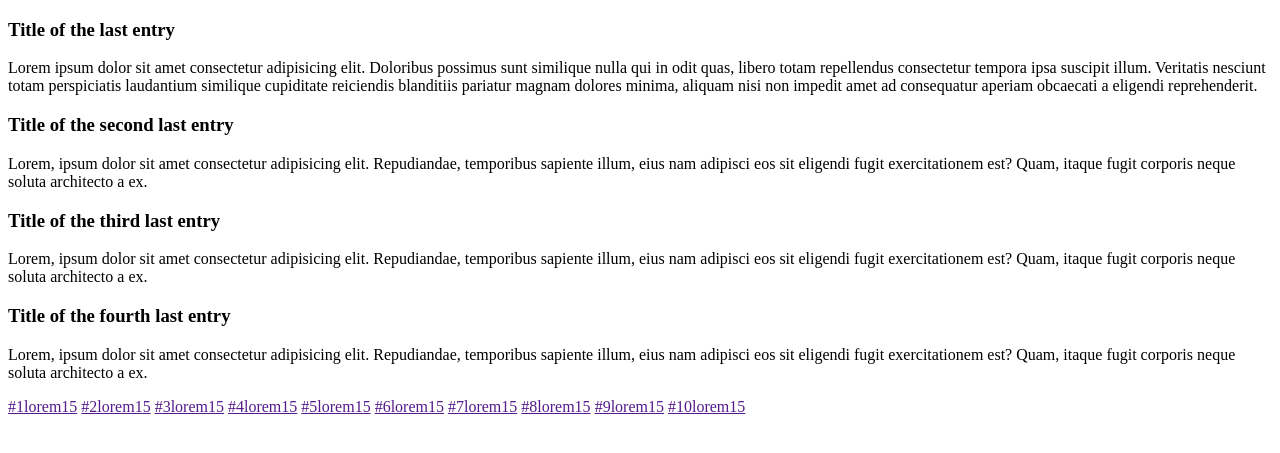
Repository: KikiMcArron/Don_Kiki_McArron
Page: index.html
The author's editor kept a copy of each file at every save. The page is drawn from the files as they stood at one save, then again after the next save.
The browser window is 1280 px wide. The pictures show the whole page.

Above is the page before, as saved 2022-04-10 19:13:50.

### index.html
<!DOCTYPE html>
<html lang="pl">

<head>
    <meta charset="UTF-8">
    <meta http-equiv="X-UA-Compatible" content="IE=edge">
    <meta name="viewport" content="width=device-width, initial-scale=1.0">
    <title>Document</title>
</head>

<body>
    <header>
        <nav></nav>
    </header>
    <main>
        <section class="last_entrie">
            <article>
                <h3>Title of the last entry</h3>
                <p>Lorem ipsum dolor sit amet consectetur adipisicing elit. Doloribus possimus sunt similique nulla qui in odit quas, libero totam repellendus consectetur tempora ipsa suscipit illum. Veritatis nesciunt totam
                    perspiciatis laudantium similique cupiditate reiciendis blanditiis pariatur magnam dolores minima,
                    aliquam nisi non impedit amet ad consequatur aperiam obcaecati a eligendi reprehenderit.</p>

            </article>
        </section>
        <section class="prev_entries">
            <article>
                <h3>Title of the second last entry</h3>
                <p>Lorem, ipsum dolor sit amet consectetur adipisicing elit. Repudiandae, temporibus sapiente illum,
                    eius nam adipisci eos sit eligendi fugit exercitationem est? Quam, itaque fugit corporis neque
                    soluta architecto a ex.</p>
                </article>
                <article>
                    <h3>Title of the third last entry</h3>
                    <p>Lorem, ipsum dolor sit amet consectetur adipisicing elit. Repudiandae, temporibus sapiente illum,
                        eius nam adipisci eos sit eligendi fugit exercitationem est? Quam, itaque fugit corporis neque
                        soluta architecto a ex.</p>
                    </article>
                    <article>
                <h3>Title of the fourth last entry</h3>
                <p>Lorem, ipsum dolor sit amet consectetur adipisicing elit. Repudiandae, temporibus sapiente illum,
                    eius nam adipisci eos sit eligendi fugit exercitationem est? Quam, itaque fugit corporis neque
                    soluta architecto a ex.</p>
            </article>
        </section>
        <section class="hitory_entries">
            <a href="">#1lorem15</a>
            <a href="">#2lorem15</a>
            <a href="">#3lorem15</a>
            <a href="">#4lorem15</a>
            <a href="">#5lorem15</a>
            <a href="">#6lorem15</a>
            <a href="">#7lorem15</a>
            <a href="">#8lorem15</a>
            <a href="">#9lorem15</a>
            <a href="">#10lorem15</a>

        </section>
    </main>
    <aside class="notes"></aside>
    <aside class="projects"></aside>
    <footer></footer>
</body>

</html>

After the next save:
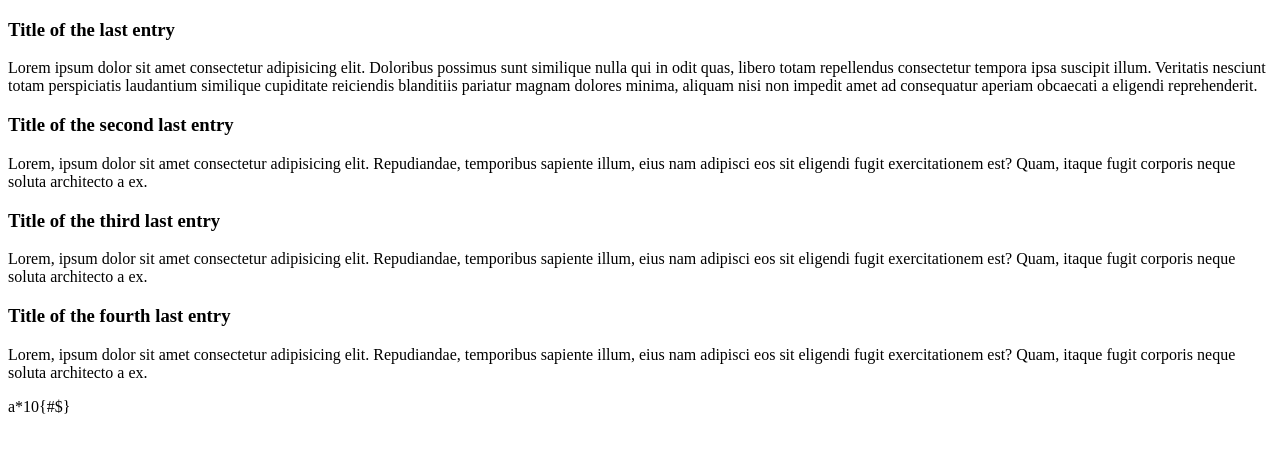
Saved 19 s later.
--- a/index.html
+++ b/index.html
@@ -43,16 +43,7 @@
             </article>
         </section>
         <section class="hitory_entries">
-            <a href="">#1lorem15</a>
-            <a href="">#2lorem15</a>
-            <a href="">#3lorem15</a>
-            <a href="">#4lorem15</a>
-            <a href="">#5lorem15</a>
-            <a href="">#6lorem15</a>
-            <a href="">#7lorem15</a>
-            <a href="">#8lorem15</a>
-            <a href="">#9lorem15</a>
-            <a href="">#10lorem15</a>
+            a*10{#$}
 
         </section>
     </main>
